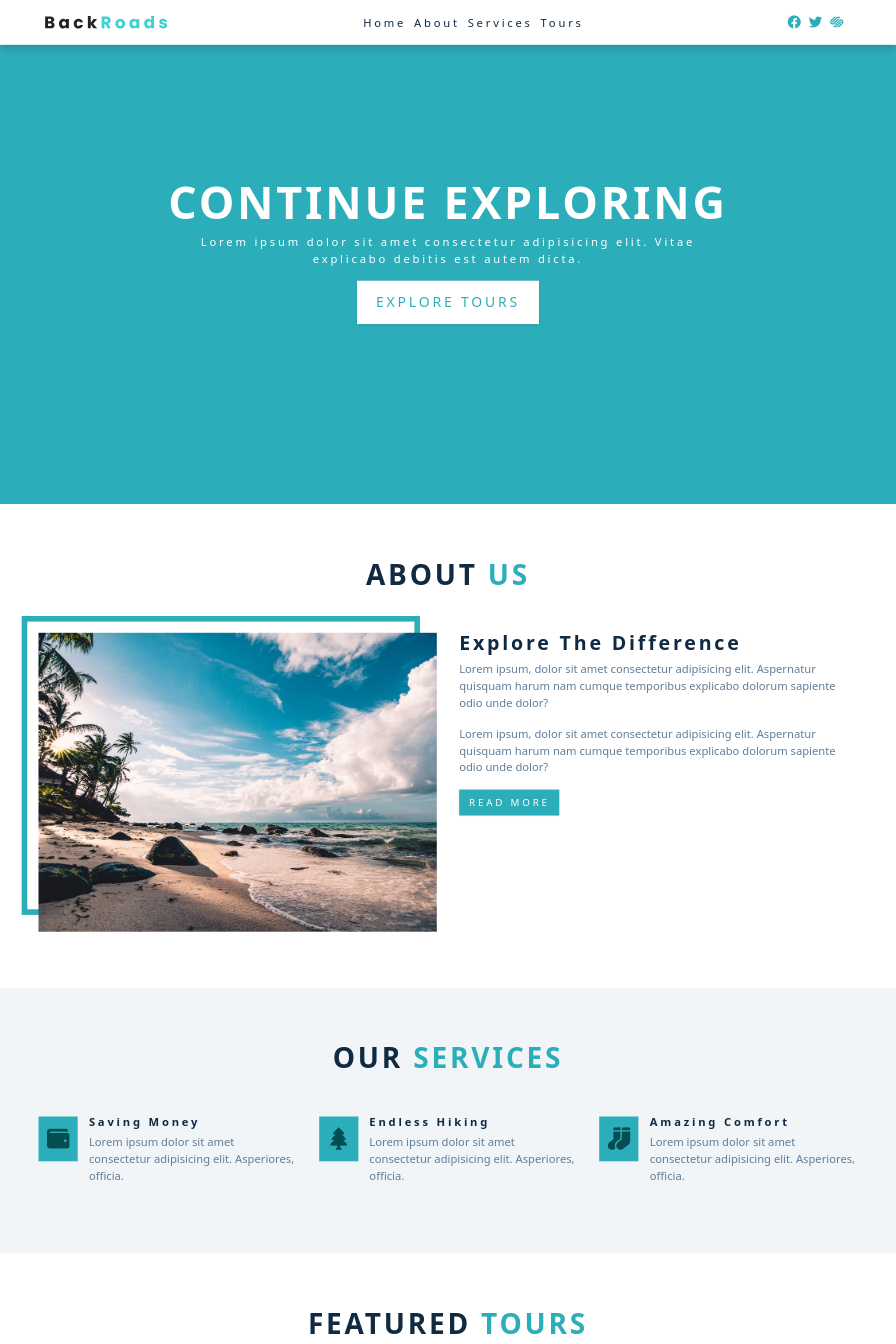
Repository: EdurdodaSilva/Ract_Basic
Page: /
The author's editor kept a copy of each file at every save. The page is drawn from the files as they stood at one save, then again after the next save.
The browser window is 1280 px wide. The pictures show the part of the page from y = 0 to 1920 px (the page is 3359 px tall), at 70% of full size.
Some web libraries are served in a nearby version. The project was rebuilt for these pictures with package versions that can differ from the ones it lists, and the page was loaded fresh each time.

Above is the page before, as saved 2024-08-29 17:19:38.

### public/index.html
<!DOCTYPE html>
<html lang="en">

<head>
  <meta charset="utf-8" />
  <link rel="icon" href="%PUBLIC_URL%/favicon.ico" />
  <meta name="viewport" content="width=device-width, initial-scale=1" />
  <meta name="theme-color" content="#000000" />
  <meta name="description" content="Web site created using create-react-app" />
  <link rel="apple-touch-icon" href="%PUBLIC_URL%/favicon.ico" />
  <!--
      manifest.json provides metadata used when your web app is installed on a
      user's mobile device or desktop. See https://developers.google.com/web/fundamentals/web-app-manifest/
    -->
  <link rel="manifest" href="%PUBLIC_URL%/manifest.json" />
  <!--
      Notice the use of %PUBLIC_URL% in the tags above.
      It will be replaced with the URL of the `public` folder during the build.
      Only files inside the `public` folder can be referenced from the HTML.

      Unlike "/favicon.ico" or "favicon.ico", "%PUBLIC_URL%/favicon.ico" will
      work correctly both with client-side routing and a non-root public URL.
      Learn how to configure a non-root public URL by running `npm run build`.
    -->
  <!-- font-awesome -->
  <link rel="stylesheet" href="https://cdnjs.cloudflare.com/ajax/libs/font-awesome/5.12.0/css/all.min.css"
    integrity="sha512-c93ifPoTvMdEJH/rKIcBx//AL1znq9+4/RmMGafI/vnTFe/dKwnn1uoeszE2zJBQTS1Ck5CqSBE+34ng2PthJg=="
    crossorigin="anonymous" referrerpolicy="no-referrer" />
  <title>BackRoads App</title>
</head>

<body>
  <noscript>You need to enable JavaScript to run this app.</noscript>
  <div id="root"></div>
  <!--
      This HTML file is a template.
      If you open it directly in the browser, you will see an empty page.

      You can add webfonts, meta tags, or analytics to this file.
      The build step will place the bundled scripts into the <body> tag.

      To begin the development, run `npm start` or `yarn start`.
      To create a production bundle, use `npm run build` or `yarn build`.
    -->
</body>

</html>

### src/index.css
/*
===============
Variables
===============
*/

:root {
    /* dark shades of primary color*/
    --clr-primary-1: hsl(184, 91%, 17%);
    --clr-primary-2: hsl(185, 84%, 25%);
    --clr-primary-3: hsl(185, 81%, 29%);
    --clr-primary-4: hsl(184, 77%, 34%);
    /* primary/main color */
    --clr-primary-5: hsl(185, 62%, 45%);
    /* lighter shades of primary color */
    --clr-primary-6: hsl(185, 57%, 50%);
    --clr-primary-7: hsl(184, 65%, 59%);
    --clr-primary-8: hsl(184, 80%, 74%);
    --clr-primary-9: hsl(185, 94%, 87%);
    --clr-primary-10: hsl(186, 100%, 94%);
    /* darkest grey - used for headings */
    --clr-grey-1: hsl(209, 61%, 16%);
    --clr-grey-2: hsl(211, 39%, 23%);
    --clr-grey-3: hsl(209, 34%, 30%);
    --clr-grey-4: hsl(209, 28%, 39%);
    /* grey used for paragraphs */
    --clr-grey-5: hsl(210, 22%, 49%);
    --clr-grey-6: hsl(209, 23%, 60%);
    --clr-grey-7: hsl(211, 27%, 70%);
    --clr-grey-8: hsl(210, 31%, 80%);
    --clr-grey-9: hsl(212, 33%, 89%);
    --clr-grey-10: hsl(210, 36%, 96%);
    --clr-white: #fff;
    --ff-primary: "Lato", sans-serif;
    --transition: all 0.3s linear;
    --spacing: 0.25rem;
    --radius: 0.5rem;
    --light-shadow: 0 5px 15px rgba(0, 0, 0, 0.1);
    --dark-shadow: 0 5px 15px rgba(0, 0, 0, 0.2);
}
/*
===============
Global Styles
===============
*/

* {
    margin: 0;
    padding: 0;
    box-sizing: border-box;
}
html {
    scroll-behavior: smooth;
}
body {
    font-family: system-ui, -apple-system, BlinkMacSystemFont, "Segoe UI",
        Roboto, Oxygen, Ubuntu, Cantarell, "Open Sans", "Helvetica Neue",
        sans-serif;
    background: var(--clr-white);
    color: var(--clr-grey-1);
    line-height: 1.5;
    font-size: 0.875rem;
}
ul {
    list-style-type: none;
}
a {
    text-decoration: none;
}
img:not(.nav-logo) {
    width: 100%;
    display: block;
}

h1,
h2,
h3,
h4 {
    letter-spacing: var(--spacing);
    text-transform: capitalize;
    line-height: 1.25;
    margin-bottom: 0.75rem;
}
h1 {
    font-size: 3rem;
}
h2 {
    font-size: 2rem;
}
h3 {
    font-size: 1.25rem;
}
h4 {
    font-size: 0.875rem;
}
p {
    margin-bottom: 1.25rem;
    color: var(--clr-grey-5);
}
@media screen and (min-width: 800px) {
    h1 {
        font-size: 4rem;
    }
    h2 {
        font-size: 2.5rem;
    }
    h3 {
        font-size: 1.75rem;
    }
    h4 {
        font-size: 1rem;
    }
    body {
        font-size: 1rem;
    }
    h1,
    h2,
    h3,
    h4 {
        line-height: 1;
    }
}
/*  global classes */

.btn {
    text-transform: uppercase;
    background: var(--clr-primary-5);
    color: var(--clr-white);
    padding: 0.375rem 0.75rem;
    letter-spacing: var(--spacing);
    display: inline-block;
    /* font-weight: 700; */
    transition: var(--transition);
    font-size: 0.875rem;
    border: 2px solid transparent;
    cursor: pointer;
    box-shadow: 0 1px 3px rgba(0, 0, 0, 0.2);
}
.btn:hover {
    color: var(--clr-primary-1);
    background: var(--clr-primary-8);
}
/* section */
.section {
    padding: 5rem 0;
    scroll-margin-top: 4rem;
}
.section-title {
    text-align: center;
    margin-bottom: 4rem;
}
.section-title h2 {
    text-transform: uppercase;
}
.section-title span {
    color: var(--clr-primary-5);
}
.section-center {
    width: 90vw;
    margin: 0 auto;
    max-width: 1170px;
}
@media screen and (min-width: 992px) {
    .section-center {
        width: 95vw;
    }
}

/*
===============
Hero
===============
*/

.hero {
    min-height: 100vh;
    background: var(--clr-primary-5);
    display: flex;
    justify-content: center;
    align-items: center;
}
.hero-banner {
    text-align: center;
    color: var(--clr-white);
    padding: 0 3rem;
}
.hero-banner h1 {
    text-transform: uppercase;
}
.hero-banner p {
    max-width: 35rem;
    margin-left: auto;
    margin-right: auto;
    color: var(--clr-white);
    letter-spacing: var(--spacing);
}
.hero-btn {
    padding: 0.9rem 1.6rem;
    font-size: 1.25rem;
    background: var(--clr-white);
    color: var(--clr-primary-5);
}
.hero-btn:hover {
    background: transparent;
    color: var(--clr-white);
    border-color: var(--clr-white);
}
@media screen and (min-width: 768px) {
    .HERO {
        background: linear-gradient(rgba(44, 174, 186, 0.7), rgba(0, 0, 0, 0.7)),
            url("./images/main.jpeg") center/cover no-repeat;
    }
    .hero-banner {
        padding: 0;
    }
    .hero-banner p {
        max-width: 45rem;
    }
}
/*
===============
About
===============
*/
/* section added to globals */
/* title added to globals */
/* section center added to globals */
.about-img,
.about-info {
    margin-bottom: 2rem;
}

@media screen and (min-width: 992px) {
    .about-center {
        display: grid;
        grid-template-columns: 1fr 1fr;
        column-gap: 2rem;
    }
    .about-img,
    .about-info {
        margin-bottom: 0;
    }
}
@media screen and (min-width: 1170px) {
    .about-img::before {
        content: "";
        position: absolute;
        width: 100%;
        height: 100%;
        border: 0.5rem solid var(--clr-primary-5);
        box-sizing: border-box;
        top: -1.5rem;
        left: -1.5rem;
    }

    .about-img {
        position: relative;
    }
    .about-photo {
        position: relative;
    }
}
/*
===============
Services
===============
*/
.services {
    background: var(--clr-grey-10);
}
.service {
    text-align: center;
    margin-bottom: 3rem;
}
.service-icon {
    background: var(--clr-primary-5);
    color: var(--clr-primary-1);
    padding: 0.5rem;
    display: inline-block;
    font-size: 2rem;
    margin-bottom: 1.5rem;
}
.service-text {
    max-width: 20rem;
    margin-left: auto;
    margin-right: auto;
}

@media screen and (min-width: 576px) {
    .services-center {
        display: grid;
        grid-template-columns: 1fr 1fr;
        gap: 2rem;
    }
    .service {
        margin-bottom: 0rem;
    }
}
@media screen and (min-width: 992px) {
    .services-center {
        grid-template-columns: 1fr 1fr 1fr;
    }
}
@media screen and (min-width: 1170px) {
    .service {
        display: flex;
        text-align: left;
    }
    .service-icon {
        align-self: start;
    }
    .service-info {
        padding-left: 1rem;
    }
    .service-title {
        margin-bottom: 0.5rem;
    }
}

/*
===============
Featured Tours
===============
*/

.tour-card {
    transition: var(--transition);
    background: var(--clr-grey-10);
    box-shadow: 0 5px 15px rgba(0, 0, 0, 0.1);
    margin-bottom: 2rem;
}
.tour-card:hover {
    box-shadow: 0 5px 15px rgba(0, 0, 0, 0.2);
    transform: scale(1.02);
}
.tour-img-container {
    position: relative;
}
.tour-img {
    height: 15rem;
    object-fit: cover;
}
.tour-date {
    position: absolute;
    right: 0;
    bottom: 0;
    background: var(--clr-primary-8);
    color: var(--clr-primary-1);
    text-transform: capitalize;
    padding: 0.25rem 0.5rem;
    margin-bottom: 0;
}
.tour-info {
    padding: 1.25rem 1.5rem;
}
/* additional css for different layout*/
.tour-title {
    display: flex;
    justify-content: space-between;
    flex-wrap: wrap;
}
.tour-title p,
.tour-title h4 {
    margin-bottom: 0.75rem;
    line-height: 1.25;
}
.tour-title p {
    color: var(--clr-grey-7);
}
/* end of additional css for different layout*/
.tour-footer {
    display: flex;
    justify-content: space-between;
    flex-wrap: wrap;
    align-items: center;
}
.tour-footer p {
    line-height: 0;
    margin-bottom: 0;
    text-transform: capitalize;
    color: var(--clr-primary-5);
}
.tour-footer p span {
    margin-right: 0.25rem;
}
.tour-btn {
    text-align: center;
}
@media screen and (min-width: 768px) {
    .featured-center {
        display: grid;
        grid-template-columns: 1fr 1fr;
        gap: 2rem;
    }
}
@media screen and (min-width: 1170px) {
    .featured-center {
        grid-template-columns: 1fr 1fr 1fr;
    }
}

/*
===============
Footer
===============
*/
.footer {
    background: var(--clr-grey-1);
    text-align: center;
    padding-left: 2rem;
    padding-right: 2rem;
}
.footer-links,
.footer-icons {
    display: flex;
    justify-content: center;
    margin-bottom: 1.5rem;
    flex-wrap: wrap;
}
.footer-link {
    color: var(--clr-white);
    text-transform: capitalize;
    font-size: 1rem;
    margin-right: 1rem;
    letter-spacing: var(--spacing);
    transition: var(--transition);
}
.footer-link:hover {
    color: var(--clr-primary-5);
}
.footer-icon {
    font-size: 2rem;
    margin-right: 1rem;
    color: var(--clr-white);
    transition: var(--transition);
}
.footer-icon:hover {
    color: var(--clr-primary-5);
}
.copyright {
    text-transform: capitalize;
    letter-spacing: var(--spacing);
    color: var(--clr-white);
}
.copyright span {
    margin-left: 0.5rem;
}
/*
===============
Navbar
===============
*/
/* add :not(.nav-logo) to img */

.navbar {
    position: fixed;
    top: 0;
    left: 0;
    width: 100%;
    background: var(--clr-white);
    box-shadow: var(--dark-shadow);
    z-index: 2;
    height: 4rem;
    display: flex;
    align-items: center;
}
.nav-icons {
    display: none;
}
.nav-center {
    width: 90vw;
    max-width: 1170px;
    margin: 0 auto;
}
.nav-header {
    display: flex;
    justify-content: space-between;
    align-items: center;
}
.nav-toggle {
    background: transparent;
    border: none;
    outline: none;
    font-size: 1.5rem;
    color: var(--clr-primary-5);
    cursor: pointer;
    transition: var(--transition);
}
.nav-toggle:hover {
    transform: scale(1.2);
}
.nav-link {
    display: block;
    padding: 1rem 2rem;
    text-transform: capitalize;
    letter-spacing: var(--spacing);
    transition: var(--transition);
    color: var(--clr-grey-1);
    cursor: pointer;
    font-size: 1rem;
}
.nav-link:hover {
    color: var(--clr-primary-1);
    background: var(--clr-primary-8);
    padding-left: 2.25rem;
}
/* nav toggle functionality */
.nav-links {
    height: 0;
    overflow: hidden;
    transition: var(--transition);
}
.show-links {
    height: 280px;
}
/* nav at bigger screen size */
@media screen and (min-width: 992px) {
    /* hide nav toggle button */
    .nav-toggle {
        display: none;
    }
    /* show links */
    .nav-links {
        height: auto;
        display: flex;
    }
    .nav-center {
        display: flex;
        justify-content: space-between;
        align-items: center;
        /* optional */
        flex-wrap: wrap;
    }
    .nav-header {
        padding: 0 0;
    }
    .nav-link {
        padding: 0 0;
    }
    .nav-link:hover {
        padding: 0;
        color: var(--clr-primary-5);
        background: transparent;
    }
    .nav-icons {
        display: flex;
    }

    .nav-link {
        margin-right: 0.7rem;
    }
    .nav-icon {
        margin-right: 0.7rem;
        color: var(--clr-primary-5);
        font-size: 1.2rem;
        transition: var(--transition);
    }
    .nav-icon:hover {
        color: var(--clr-primary-8);
    }
}

### src/App.js
import About from "./components/About";
import Featured from "./components/Featured";
import Footer from "./components/Footer";
import Hero from "./components/Hero";
import Navbar from "./components/Navbar";
import Services from "./components/Services";

function App() {
    return (
        <>
            <Navbar />
            <Hero />
            <About />
            <Services />
            <Featured />
            <Footer />
        </>
    );
}

export default App;

### src/components/About.js
import React from "react";
import about from "../images/about.jpeg";

const About = () => {
    return (
        <section className="section" id="about">
            <div className="section-title">
                <h2>
                    about <span>us</span>
                </h2>
            </div>

            <div className="section-center about-center">
                <div className="about-img">
                    <img
                        src={about}
                        className="about-photo"
                        alt="awesome beach"
                    />
                </div>
                <article className="about-info">
                    <h3>explore the difference</h3>
                    <p>
                        Lorem ipsum, dolor sit amet consectetur adipisicing
                        elit. Aspernatur quisquam harum nam cumque temporibus
                        explicabo dolorum sapiente odio unde dolor?
                    </p>
                    <p>
                        Lorem ipsum, dolor sit amet consectetur adipisicing
                        elit. Aspernatur quisquam harum nam cumque temporibus
                        explicabo dolorum sapiente odio unde dolor?
                    </p>
                    <a href="#" className="btn">
                        read more
                    </a>
                </article>
            </div>
        </section>
    );
};

export default About;

### src/components/Footer.js
import React from "react";

const Footer = () => {
    return (
        <footer className="section footer">
            <ul className="footer-links">
                <li>
                    <a href="#home" className="footer-link">
                        home
                    </a>
                </li>
                <li>
                    <a href="#about" className="footer-link">
                        about
                    </a>
                </li>
                <li>
                    <a href="#services" className="footer-link">
                        services
                    </a>
                </li>
                <li>
                    <a href="#featured" className="footer-link">
                        featured
                    </a>
                </li>
            </ul>
            <ul className="footer-icons">
                <li>
                    <a
                        href="https://www.twitter.com"
                        target="_blank"
                        className="footer-icon"
                        rel="noreferrer"
                    >
                        <>
                            <i className="fab fa-facebook"></i>
                        </>
                    </a>
                </li>
                <li>
                    <a
                        href="https://www.twitter.com"
                        target="_blank"
                        className="footer-icon"
                        rel="noreferrer"
                    >
                        <>
                            <i className="fab fa-twitter"></i>
                        </>
                    </a>
                </li>
                <li>
                    <a
                        href="https://www.twitter.com"
                        target="_blank"
                        className="footer-icon"
                        rel="noreferrer"
                    >
                        <>
                            <i className="fab fa-squarespace"></i>
                        </>
                    </a>
                </li>
            </ul>
            <p className="copyright">
                copyright &copy; Backroads travel tours company
                <span id="date"></span> all rights reserved
            </p>
        </footer>
    );
};

export default Footer;

### src/components/Hero.js
import React from "react";

const Hero = () => {
    return (
        <section className="hero" id="home">
            <div className="hero-banner">
                <h1>continue exploring</h1>
                <p>
                    Lorem ipsum dolor sit amet consectetur adipisicing elit.
                    Vitae explicabo debitis est autem dicta.
                </p>
                <a href="#tours" className="btn hero-btn">
                    explore tours
                </a>
            </div>
        </section>
    );
};

export default Hero;

### src/components/Navbar.js
import React from "react";
import logo from "../images/logo.svg";
import { pageLinks, socialLinks } from "../data";

const Navbar = () => {
    return (
        <nav className="navbar">
            <div className="nav-center">
                <div className="nav-header">
                    <img src={logo} className="nav-logo" alt="backroads" />
                    <button
                        type="button"
                        className="nav-toggle"
                        id="nav-toggle"
                    >
                        <i className="fas fa-bars"></i>
                        <></>
                    </button>
                </div>
                {/* <!-- left this comment on purpose --> */}
                <ul className="nav-links" id="nav-links">
                    {pageLinks.map((links) => {
                        return (
                            <li key={links.id}>
                                <a href={links.href} className="nav-link">
                                    {links.text}
                                </a>
                            </li>
                        );
                    })}
                </ul>

                <ul className="nav-icons">
                    {socialLinks.map((link) => {
                        const { id, href, icon } = link;
                        return (
                            <li key={id}>
                                <a
                                    href={href}
                                    target="_blank"
                                    className="nav-icon"
                                    rel="noreferrer"
                                >
                                    <>
                                        <i className={icon}></i>
                                    </>
                                </a>
                            </li>
                        );
                    })}
                </ul>
            </div>
        </nav>
    );
};

export default Navbar;

### src/components/Services.js
import React from "react";

const Services = () => {
    return (
        <section className="section services" id="services">
            <div className="section-title">
                <h2>
                    our <span>services</span>
                </h2>
            </div>
            <div className="section-center services-center">
                <article className="service">
                    <span className="service-icon">
                        <i className="fas fa-wallet fa-fw"></i>
                    </span>
                    <div className="service-info">
                        <h4 className="service-title">saving money</h4>
                        <p className="service-text">
                            Lorem ipsum dolor sit amet consectetur adipisicing
                            elit. Asperiores, officia.
                        </p>
                    </div>
                </article>

                <article className="service">
                    <span className="service-icon">
                        <i className="fas fa-tree fa-fw"></i>
                    </span>
                    <div className="service-info">
                        <h4 className="service-title">endless hiking</h4>
                        <p className="service-text">
                            Lorem ipsum dolor sit amet consectetur adipisicing
                            elit. Asperiores, officia.
                        </p>
                    </div>
                </article>

                <article className="service">
                    <span className="service-icon">
                        <i className="fas fa-socks fa-fw"></i>
                    </span>
                    <div className="service-info">
                        <h4 className="service-title">amazing comfort</h4>
                        <p className="service-text">
                            Lorem ipsum dolor sit amet consectetur adipisicing
                            elit. Asperiores, officia.
                        </p>
                    </div>
                </article>
            </div>
        </section>
    );
};

export default Services;

### src/data.js
export const pageLinks = [
    { id: 1, href: "#home", text: "home" },
    { id: 2, href: "#about", text: "about" },
    { id: 3, href: "#services", text: "services" },
    { id: 4, href: "#tours", text: "tours" },
];

export const socialLinks = [
    {
        id: 1,
        href: "https://www.twitter.com",
        icon: "fab fa-facebook",
    },
    {
        id: 2,
        href: "https://www.twitter.com",
        icon: "fab fa-twitter",
    },
    {
        id: 3,
        href: "https://www.twitter.com",
        icon: "fab fa-squarespace",
    },
];

Loaded but not shown: src/index.js (common file); src/components/Featured.js (127 lines, source omitted)

After the next save:
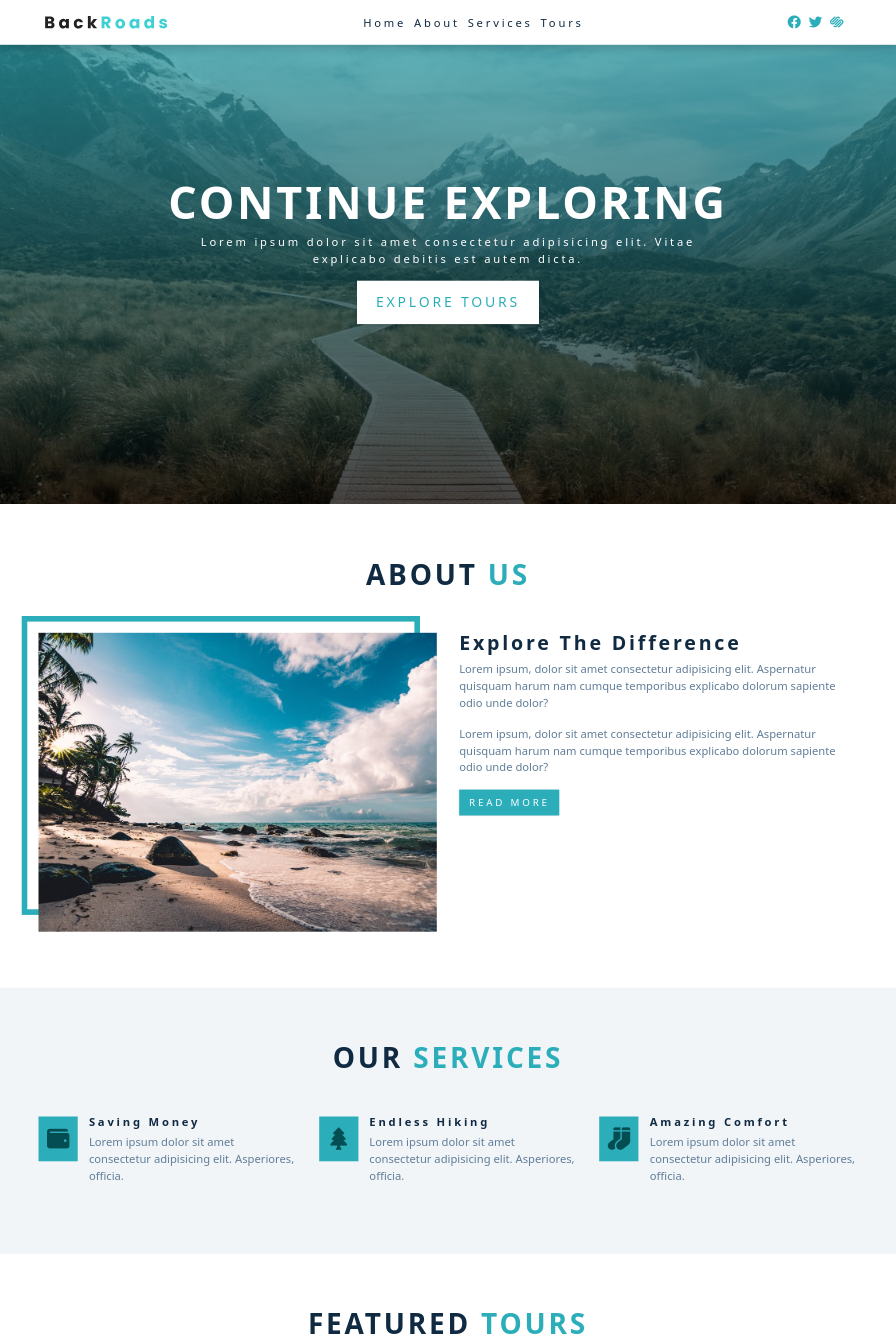
Saved 2 min 28 s later.
--- a/src/index.css
+++ b/src/index.css
@@ -206,7 +206,7 @@ Hero
     border-color: var(--clr-white);
 }
 @media screen and (min-width: 768px) {
-    .HERO {
+    .hero {
         background: linear-gradient(rgba(44, 174, 186, 0.7), rgba(0, 0, 0, 0.7)),
             url("./images/main.jpeg") center/cover no-repeat;
     }
